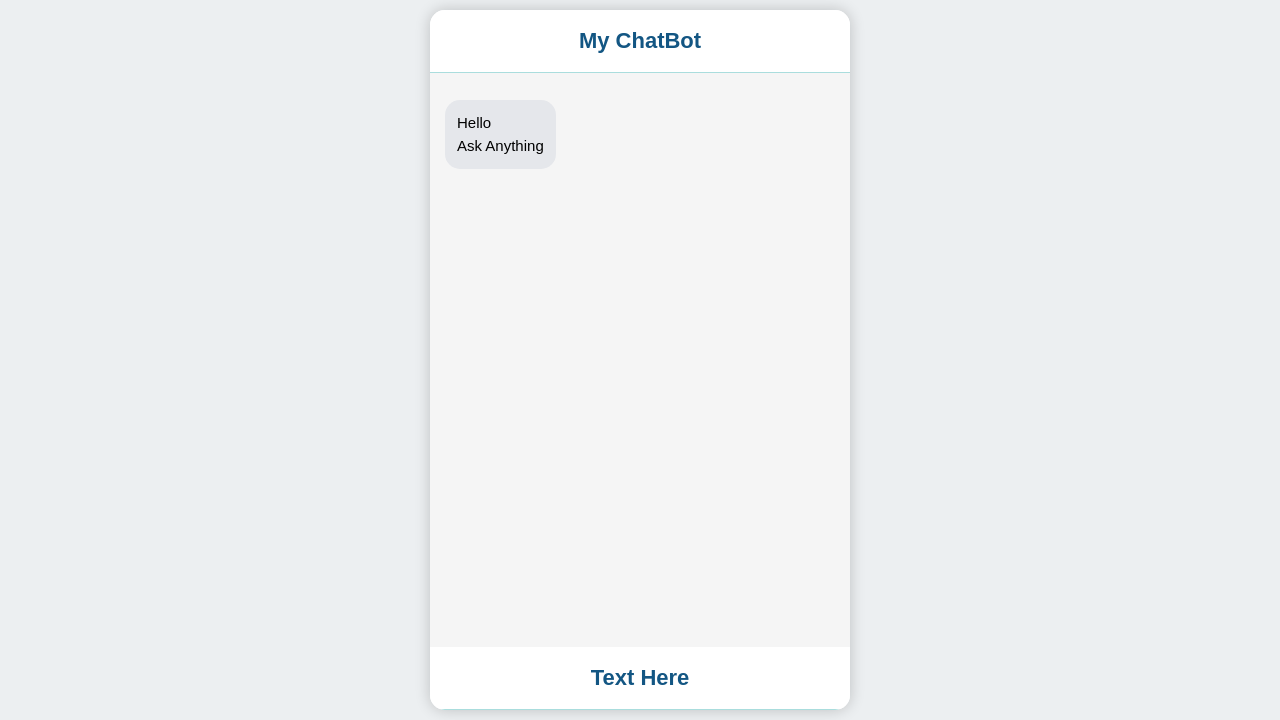
Repository: nt269782-web/Offline-ChatBot
Page: front.html
An editor plug-in stored every save of this project. The page is shown before and after a run of saves, followed by the edit.
The browser window is 1280 px wide. The pictures show the whole page.

Above is the page before, as saved 2026-07-08 12:43:53.

### front.html
<!DOCTYPE html>
<html lang="en">
<head>
    <meta charset="UTF-8">
    <meta name="viewport" content="width=device-width, initial-scale=1.0">
    <title>Document</title>
    <style>
        *{
        margin:0;
        padding:0;
        box-sizing:border-box;
        font-family:Arial,sans-serif;
        }

        body{
            background: #eceff1;
            display: flex;
            justify-content: center;
            align-items: center;
            height: 100vh;
        }
        .chat-container {
            width: 420px;
            height: 700px;
            overflow: hidden;
            display: flex;
            flex-direction: column;
            background:#fff;
            border-radius:15px;
            box-shadow:0 0 15px rgba(0,0,0,.2);


        }
        .header{
            background-color: rgb(255, 255, 255);
            color: #135683;
            text-align: center;
            font-size: 22px;
            font-weight: bold;
            padding: 18px;
            border-bottom: 1px solid #add;

        }


        .chat-box{
            flex: 1;
            overflow: auto;
            padding: 15px;
            background: #f5f5f5;



        }
        .message{
            display: flex;
            margin: 12px 0;

        }
        .bot{
            justify-content: flex-start;
        }

        .user{
            justify-content: flex-end;
        }



        .bubble{
            max-width: 75%;
            padding: 12px;
            border-radius: 15px;
            font-size: 15px;
            line-height: 1.5;
        }

        .bot .bubble{
            background:#e5e7eb;
            color:#000;
        }

        .user .bubble{
            background:#2563eb;
            color:#fff;
        }

        .headerdown{
            background-color: rgb(255, 255, 255);
            color: #135683;
            text-align: center;
            font-size: 22px;
            font-weight: bold;
            padding: 18px;
            border-bottom: 1px solid #add;

        }

    </style>
</head>

<body>
    <div class="chat-container">
    <div class="header">
        My ChatBot
    </div>

    <div class="chat-box" id="chatbox">
        <div class="message bot">
            <div class="bubble">
                Hello <br>
                Ask Anything

            </div>
        </div>
    </div>

    <div class="headerdown">
        Text Here
        </div>




    </div>
</body>
</html>

After the next 2 saves:
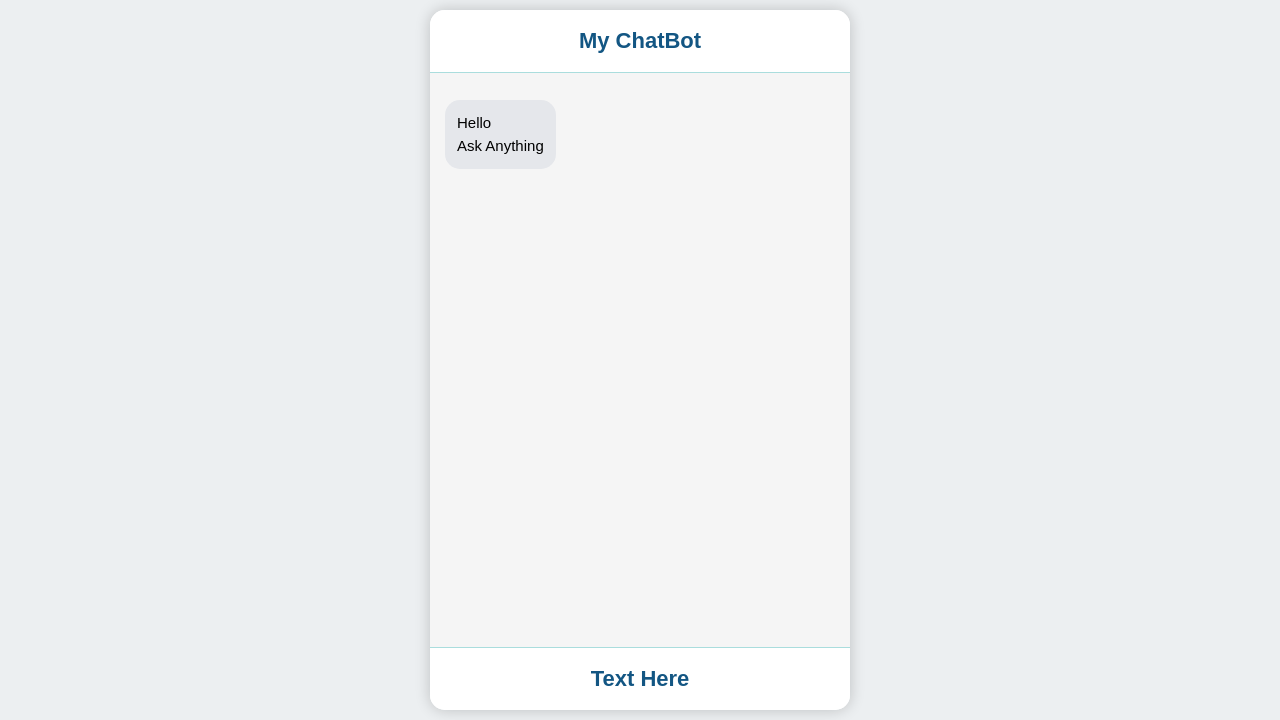
The 2 saves are shown as one change because they came seconds apart.
The last was saved 8 s later.
--- a/front.html
+++ b/front.html
@@ -92,7 +92,7 @@
             font-size: 22px;
             font-weight: bold;
             padding: 18px;
-            border-bottom: 1px solid #add;
+            border-top: 1px solid #add;
 
         }
 
